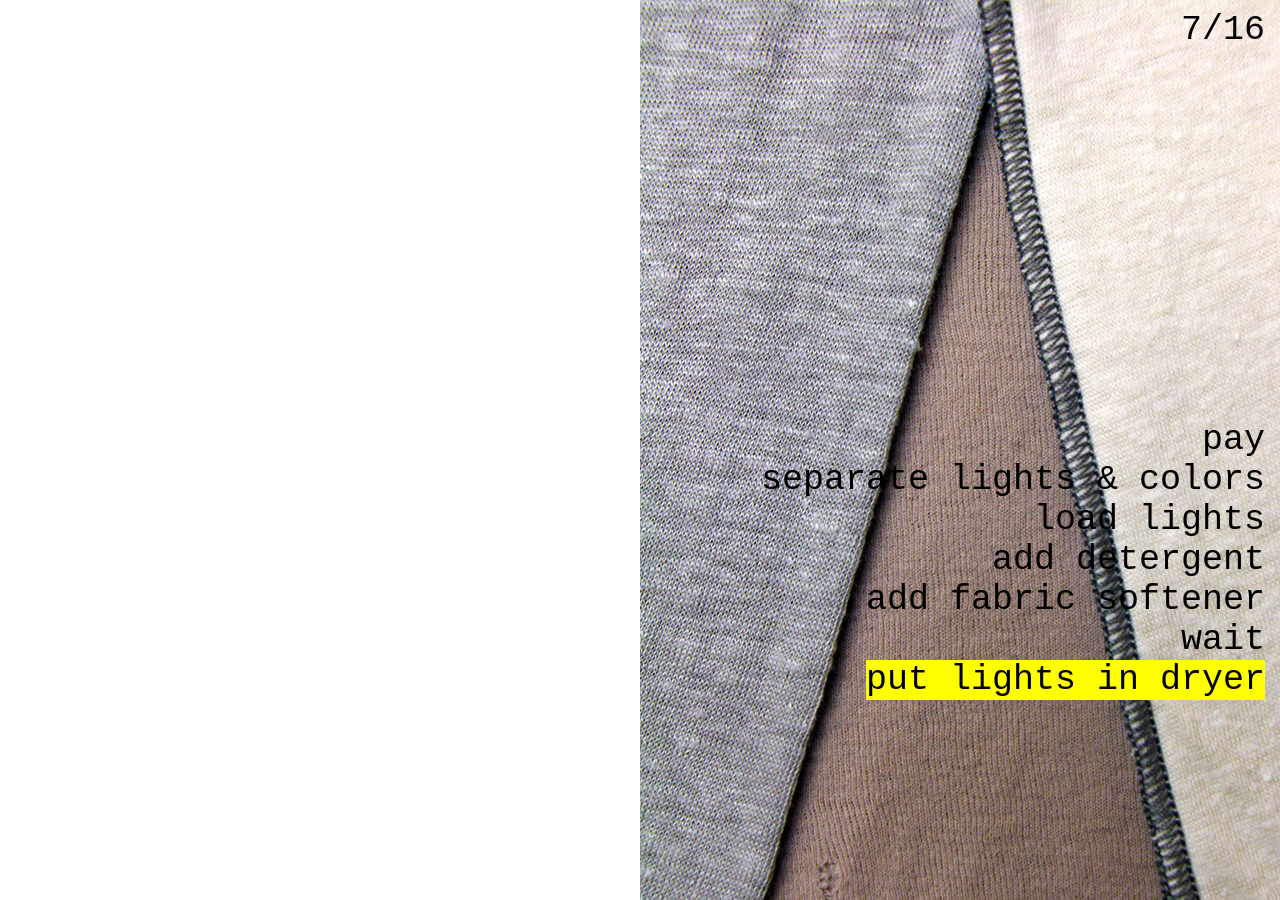
Repository: ortik455/ortik455.github.io
Page: studio/laundrysite/seven.html
The author's editor kept a record of every edit. The page is drawn from the files as they stood at one moment, then again after the next edit.
The browser window is 1280 px wide. The pictures show the whole page.

Above is the page before.

### studio/laundrysite/seven.html
<!DOCTYPE html>
<html>
	<head>
	    <link href='http://fonts.googleapis.com/css?family=Inconsolata' rel='stylesheet' type='text/css'>
		<link rel="icon" href="../../studio/favicon.png" sizes="16x16 32x32" type="image/png">
		<link href="laundry.css" rel="stylesheet" type="text/css">
		<title>7/16</title>
	</head>

	<body>
<!--class to call out all the text and use id="" to call out
individual things but dont use ids... -->
	  <div class="text">
		<div class="number">
	  		7/16
	  	</div>
		<div class="steps">
		  	pay
		  	<br>
		  	separate lights &amp; colors
		  	<br>
		  	load lights
		  	<br>
		  	add detergent
		  	<br>
		  	add fabric softener
		  	<br>
		  	wait
		  	<br>
		  	<mark>put lights in dryer</mark>
		</div>
	  </div>

	  <div class="photos">
	  	<a href="eight.html"><img src="photos/unloadlights.png"  alt=""></a>
	  </div>
	</body>
</html>

### studio/laundrysite/laundry.css
*, *:before, *:after {
    -webkit-box-sizing: border-box;
       -moz-box-sizing: border-box;
            box-sizing: border-box;

}
.timerbox {
    background: #000000;
    float: left;
    width: 50%;
    height: 900px;
}
.timer {
    position: absolute;
    background: #000000;
    color: #ffffff;
    top: 50%;
    left: 275px;
    font-size: 60px;
}
.timer2 {
    position: absolute;
    background: #000000;
    color: #ffffff;
    top: 50%;
    left: 275px;
    font-size: 60px;
}

body{
	background: #FFFFFF;
	font-size: 0px;
	margin: 0;
	font-family: Courier New, sans-serif;
	height: 100%;
}
.start{
    background-color: #000000;
    font-size: 50px;
    letter-spacing: 6px;
    position: absolute;
    bottom: 50%;
    margin-left: 20px;
}
.mark {
    background-color: #000000;
    color: #FFFFFF;
}
.text {
	font-size: 35px;
    width: 50%;
    height: 715px;
    float: left;
}
.photos {
    width: 50%;
    height: 100%;
    float: left;
    overflow: hidden;
}
.number {
   font-size: 35px;
   position: fixed;
   top: 0px;
   right: 0px;
   padding: 10px 15px 20px 5px;
}
.steps {
   font-size: 35px;
   text-align: right;
   position: fixed;
   bottom: 0px;
   right: 0px;
   padding: 10px 15px 20px 5px;

}
a:link {
    text-decoration:none;
    color: #000000;
    }
a:visited {
    color: #000000;
}
.photos:hover img {
    transform: scale(1.1);
}
.photos img {
    transition: transform 2s ease;
}

After the next edit:
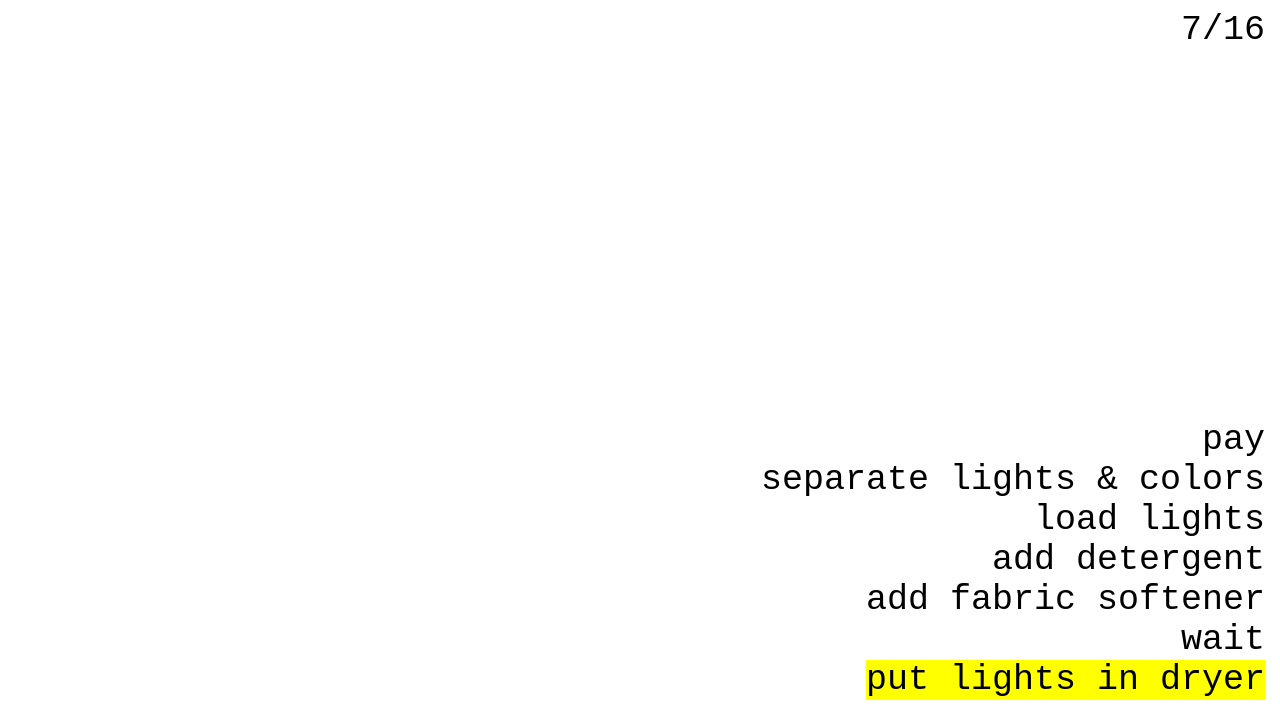
The edit:
--- a/studio/laundrysite/seven.html
+++ b/studio/laundrysite/seven.html
@@ -31,8 +31,5 @@
 		</div>
 	  </div>
 
-	  <div class="photos">
-	  	<a href="eight.html"><img src="photos/unloadlights.png"  alt=""></a>
-	  </div>
 	</body>
 </html>
